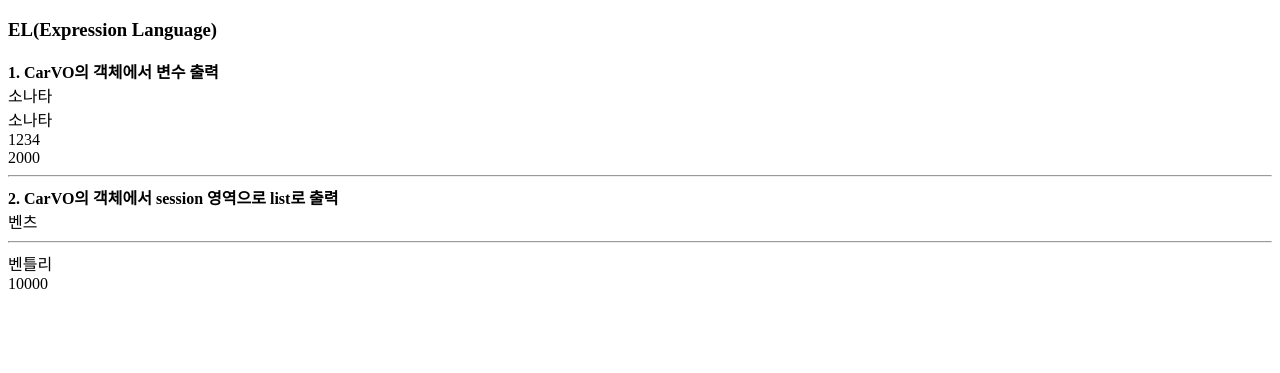
Repository: doridori890130/JSP
Page: http://localhost/jstl_study/step1.jsp
The author's editor kept a copy of each file at every save. The page is drawn from the files as they stood at one save, then again after the next save.
The browser window is 1280 px wide. The pictures show the whole page.
The page is served by Tomcat 9.

Above is the page before, as saved 2023-05-09 06:39:42.

After the next save:
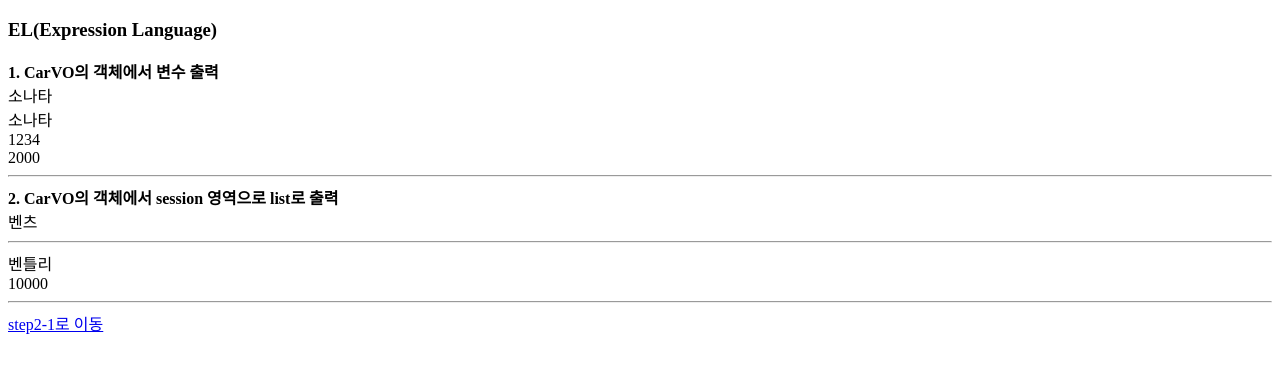
Saved 56 s later.
--- a/jstl_project/jstl_study/src/main/webapp/step1.jsp
+++ b/jstl_project/jstl_study/src/main/webapp/step1.jsp
@@ -51,5 +51,8 @@
 
 	${sessionScope.Carhash.car1.name } <br> ${sessionScope.Carhash.car1.price }
 
+	<hr>
+	<a href = "step2-1.jsp">step2-1로 이동</a>
+
 </body>
 </html>
